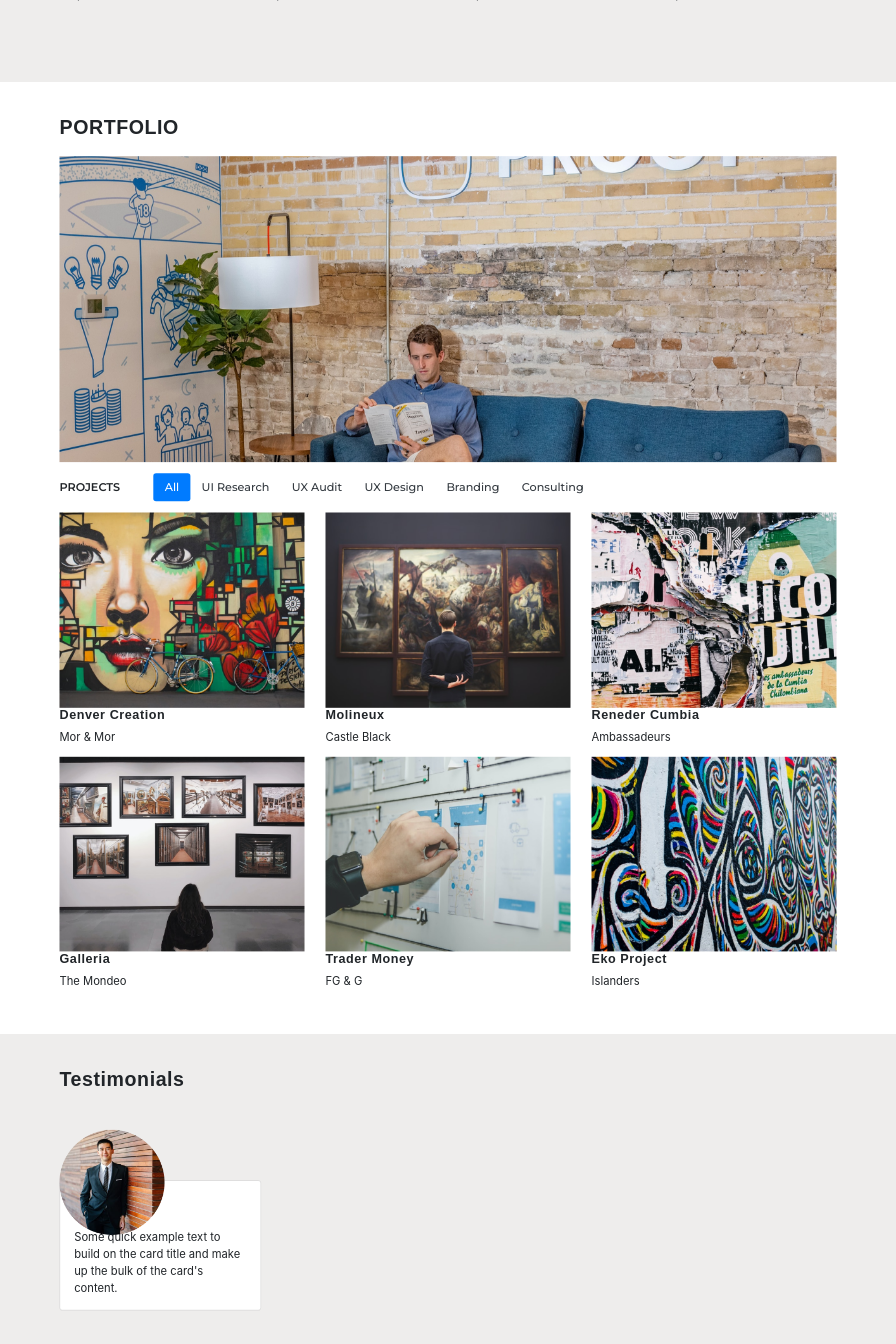
Repository: Syfon01/hng-port
Page: index.html
An editor plug-in stored every save of this project. The page is shown before and after the next save, followed by the edit.
The browser window is 1280 px wide. The pictures show the part of the page from y = 1783 to 3703 px (the page is 3703 px tall), at 70% of full size.
Some web fonts or font styles are not loaded; a fallback is used.

Above is the page before, as saved 2020-06-28 19:28:57.

After the next save:
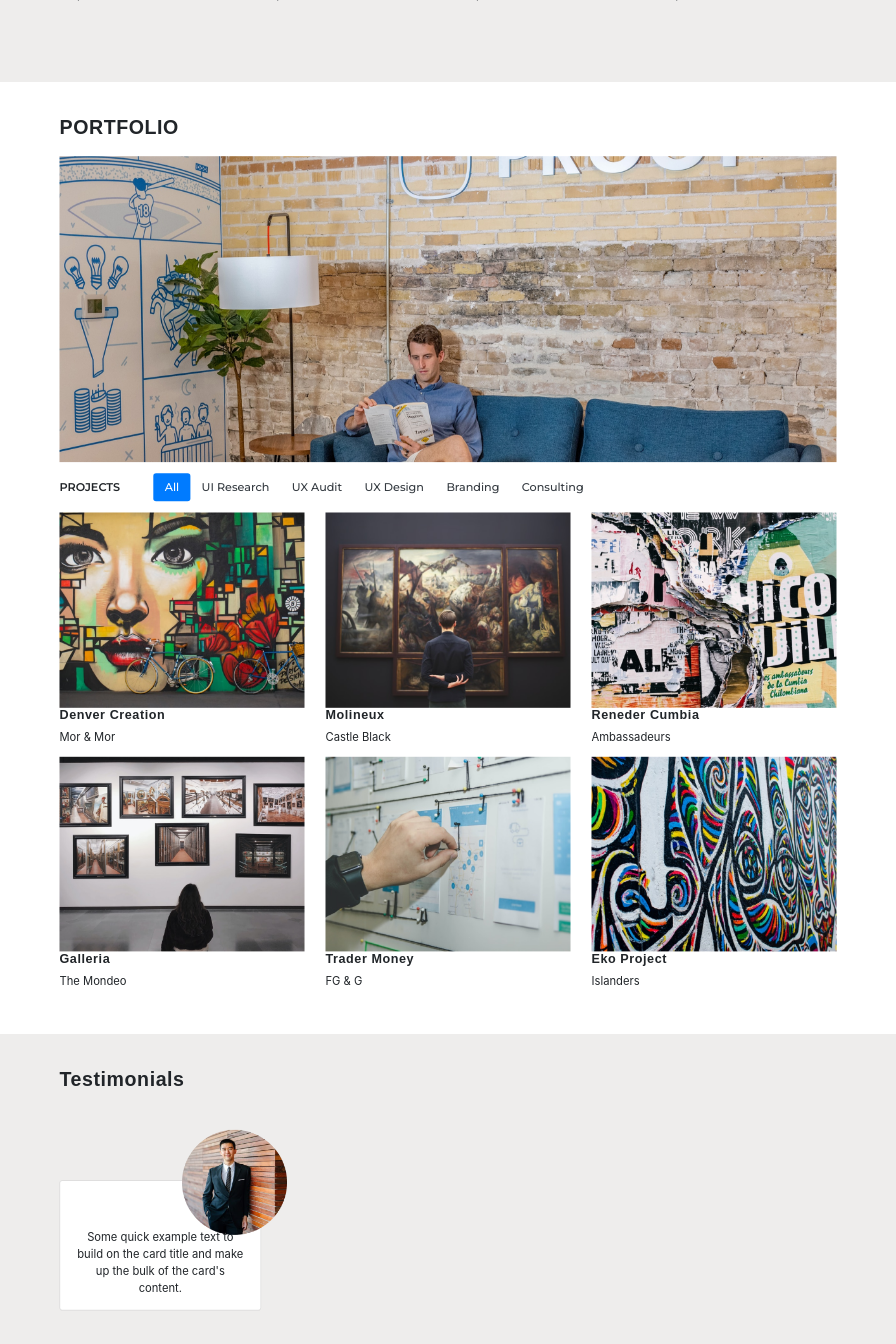
Saved 4 s later.
--- a/index.html
+++ b/index.html
@@ -397,7 +397,7 @@
         <div class="card-section">
           <div class="row">
             <div class="col-lg-4">
-              <div class="card-section pt-4 mt-5 text=center">
+              <div class="card-section pt-4 mt-5 text-center">
                 <div class="card card-dark pt-5 mt-5" style="width: 18rem;">
                   <div class="card-body">
                     <p class="card-text">Some quick example text to build on the card title and make up the bulk of the card's content.

After the 3 saves that followed:
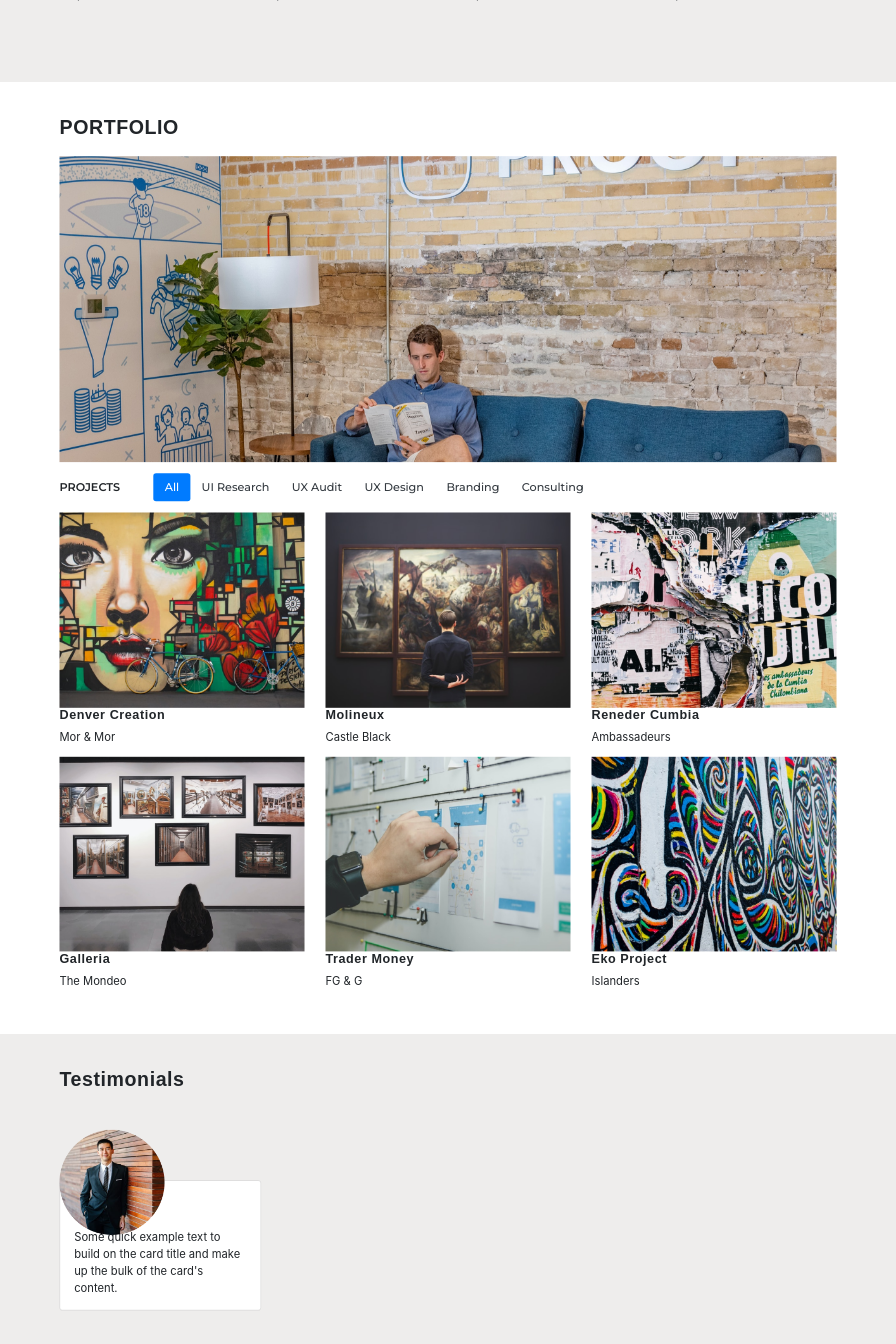
The 3 saves are shown as one change because 1 left the picture as it was and some came seconds apart.
The last was saved 25 s later.
--- a/index.html
+++ b/index.html
@@ -397,7 +397,7 @@
         <div class="card-section">
           <div class="row">
             <div class="col-lg-4">
-              <div class="card-section pt-4 mt-5 text-center">
+              <div class="card-section pt-4 mt-5">
                 <div class="card card-dark pt-5 mt-5" style="width: 18rem;">
                   <div class="card-body">
                     <p class="card-text">Some quick example text to build on the card title and make up the bulk of the card's content.
